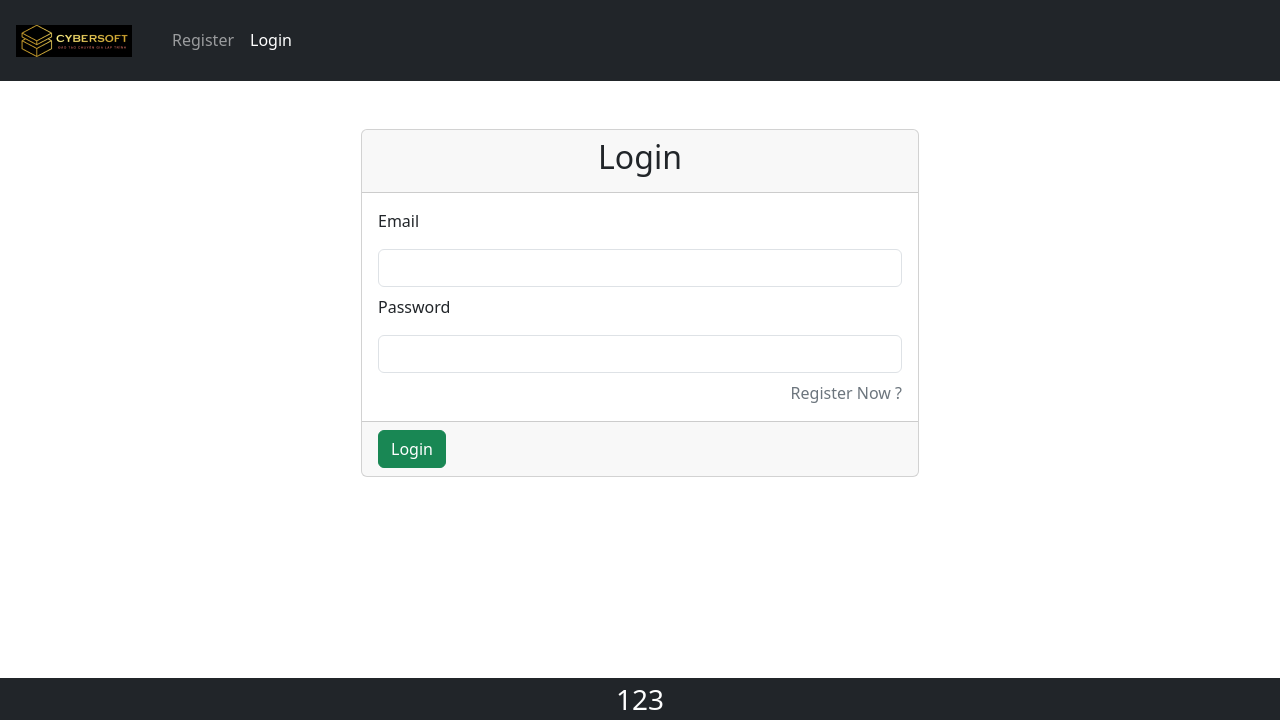
Repository: KhoiNguyen77/react-capstone
Page: /login
The author's editor kept a copy of each file at every save. The page is drawn from the files as they stood at one save, then again after the next save.
The browser window is 1280 px wide. The pictures show the whole page.
The project was rebuilt for these pictures with package versions that can differ from the ones it lists, and the page was loaded fresh each time. Also part of the build but not shown: src/util/config.jsx, src/Redux/Reducer/userReducer.jsx, src/pages/Register.jsx.

Above is the page before, as saved 2023-06-15 16:05:25.

After the next save:
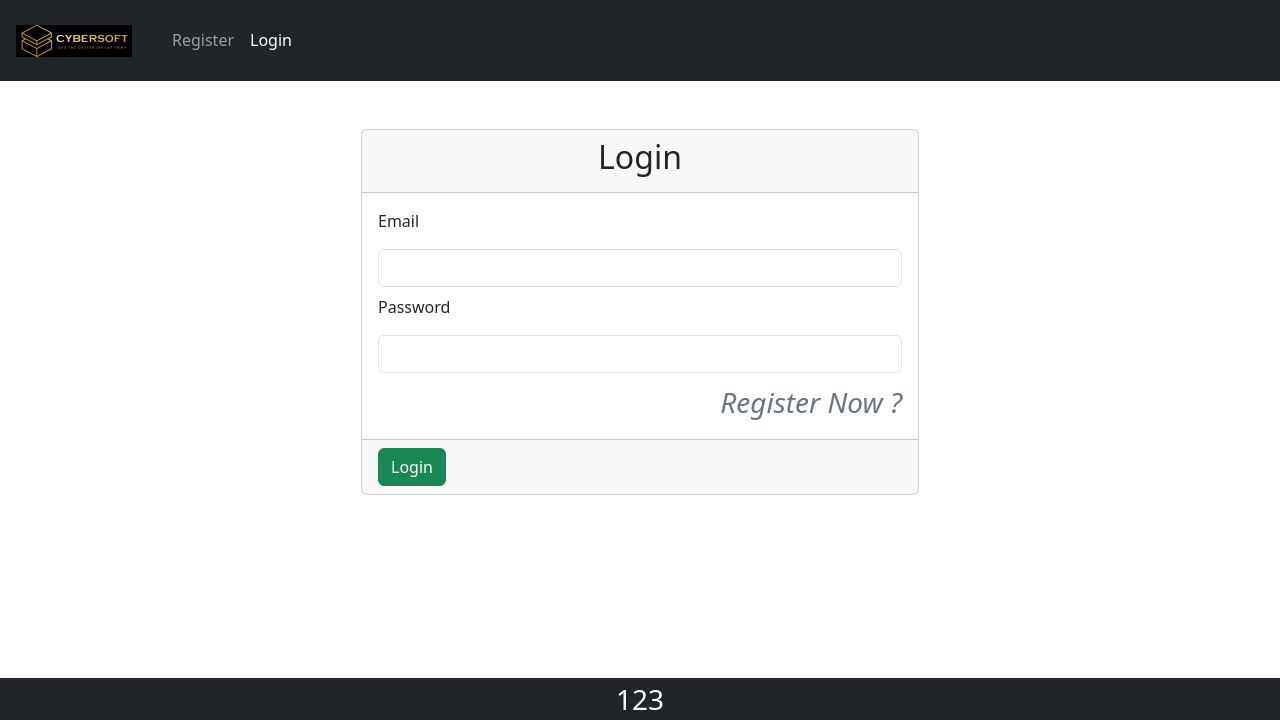
Saved 40 s later.
--- a/src/pages/Login.jsx
+++ b/src/pages/Login.jsx
@@ -20,7 +20,7 @@
                         </div>
                     </div>
                     <div className="row text-end">
-                        <NavLink to={"/register"} className={'link-secondary link-offset-2 link-underline-opacity-0 link-underline-opacity-100-hover'}>Register Now ?</NavLink>
+                        <NavLink to={"/register"} className={'link-secondary link-offset-2 link-underline-opacity-0 link-underline-opacity-100-hover fst-italic fs-3'}>Register Now ?</NavLink>
                     </div>
                 </div>
                 <div className="card-footer">
